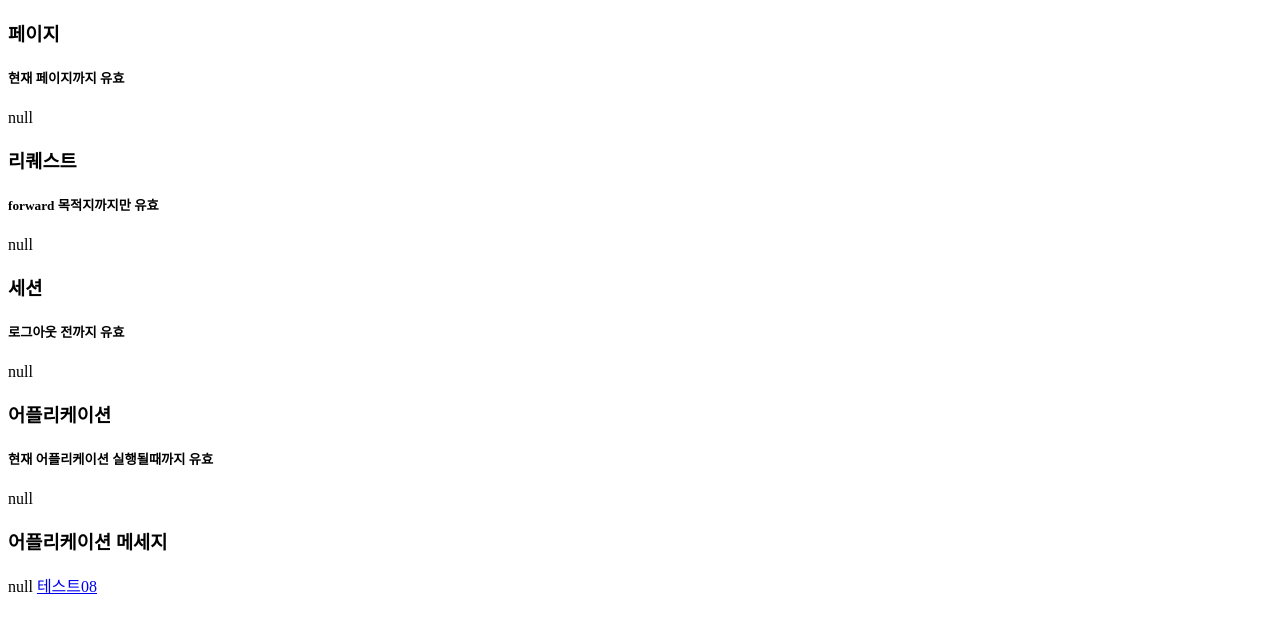
Repository: cordingdodo/javaworks2
Page: http://localhost/practice01/test08.jsp
These files come from the project's save history. The page is drawn as it stood at one moment and after the next save; the edit follows.
The browser window is 1280 px wide. The pictures show the whole page.
The page is served by Tomcat 9. Other server files are loaded and not shown.

Above is the page before, as saved 2022-10-21 03:19:27.

### practice01/WebContent/test08.jsp
<%@ page language="java" contentType="text/html; charset=UTF-8"
    pageEncoding="UTF-8"%>
<!DOCTYPE html>
<html>
<head>
<meta charset="UTF-8">
<title>Insert title here</title>
</head>
<body>
 <%
 	//포워드 test08로 테스트할땐 set get모두 해야함~~
 	//request.setAttribute("requestdata", "request");
 	//out.println("<h3>리퀘스트</h3>"+request.getAttribute("requestdata"));

	out.println("<h3>페이지</h3>"+"<h5>현재 페이지까지 유효</h5>"+pageContext.getAttribute("pagedata"));
	out.println("<h3>리퀘스트</h3>"+"<h5>forward 목적지까지만 유효</h5>"+request.getAttribute("requestdata"));
	out.println("<h3>세션</h3>"+"<h5>로그아웃 전까지 유효</h5>"+session.getAttribute("sessiondata"));
	out.println("<h3>어플리케이션</h3>"+"<h5>현재 어플리케이션 실행될때까지 유효</h5>"+application.getAttribute("applicationdata"));
	out.println("<h3>어플리케이션 메세지</h3>"+application.getAttribute("msg"));
	out.println("<a href='test08.jsp?msg=테스트08로갑니다'>테스트08</a>");

	 %>
</body>
</html>

After the next save:
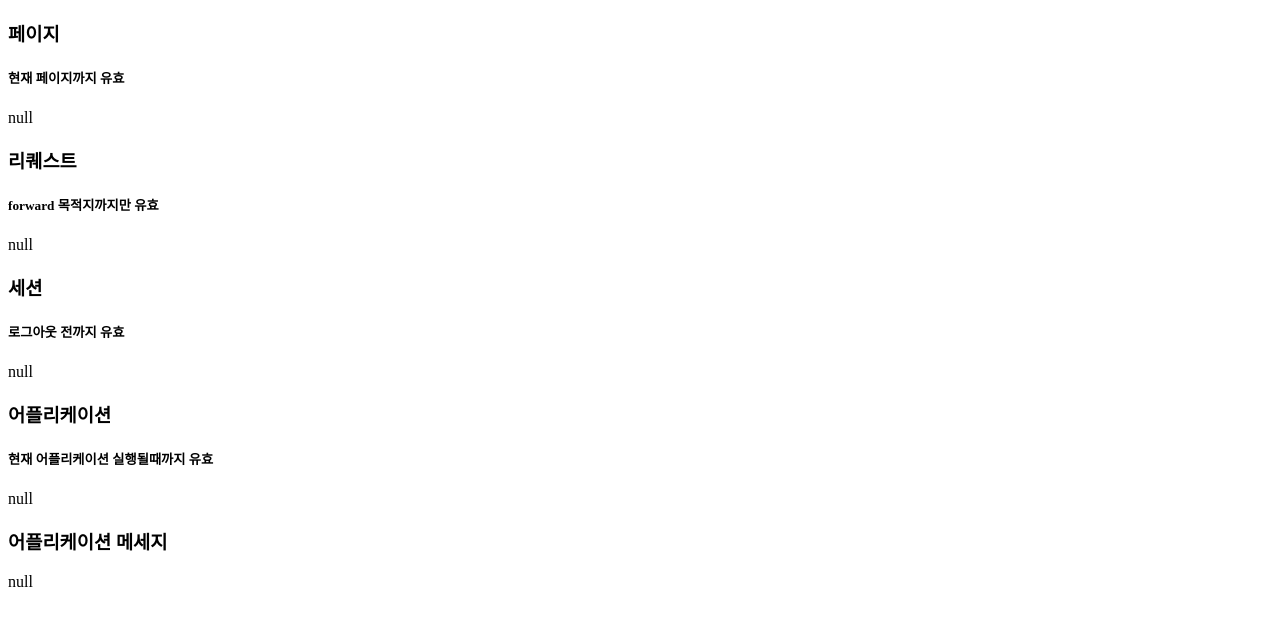
Saved 6 s later.
--- a/practice01/WebContent/test08.jsp
+++ b/practice01/WebContent/test08.jsp
@@ -17,7 +17,6 @@
 	out.println("<h3>세션</h3>"+"<h5>로그아웃 전까지 유효</h5>"+session.getAttribute("sessiondata"));
 	out.println("<h3>어플리케이션</h3>"+"<h5>현재 어플리케이션 실행될때까지 유효</h5>"+application.getAttribute("applicationdata"));
 	out.println("<h3>어플리케이션 메세지</h3>"+application.getAttribute("msg"));
-	out.println("<a href='test08.jsp?msg=테스트08로갑니다'>테스트08</a>");
 
 	 %>
 </body>
